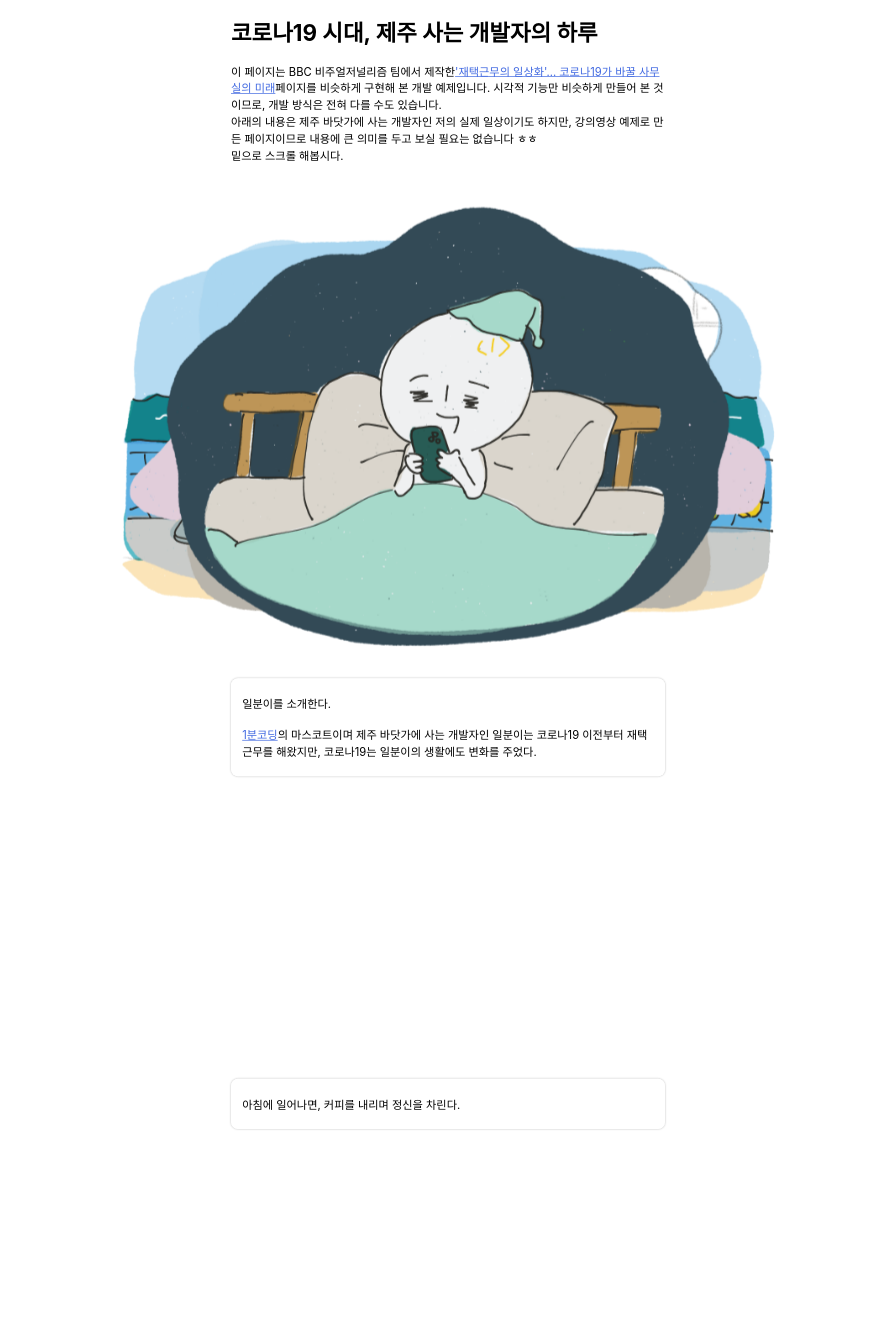
Repository: westone034626/ReactPractice
Page: /
An editor plug-in stored every save of this project. The page is shown before and after the next save, followed by the edit.
The browser window is 1280 px wide. The pictures show the part of the page from y = 0 to 1920 px (the page is 6650 px tall), at 70% of full size.
The project was rebuilt for these pictures with package versions that can differ from the ones it lists, and the page was loaded fresh each time. Also part of the build but not shown: src/App.css.

Above is the page before, as saved 2021-10-31 23:39:47.

After the next save:
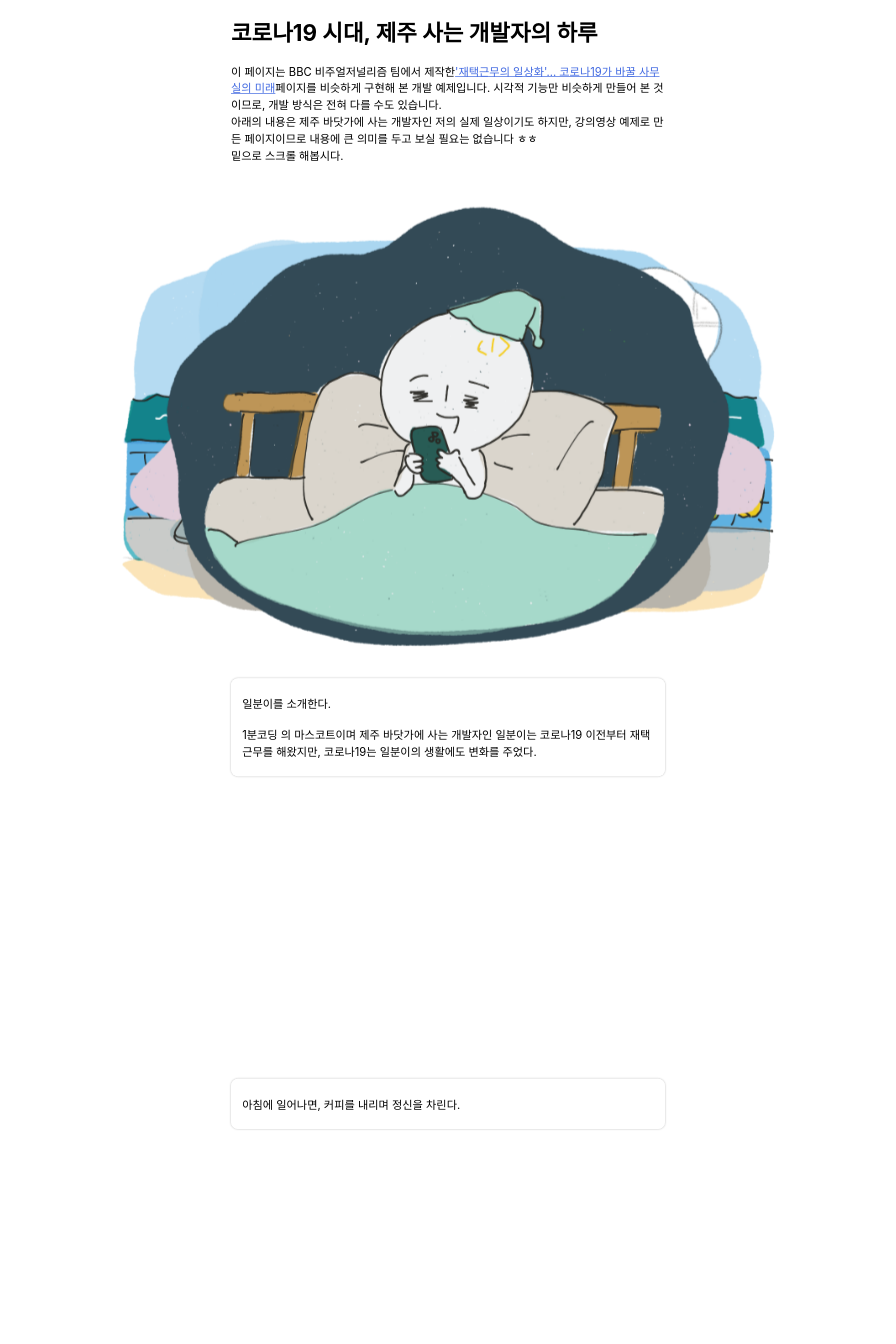
Saved 88 s later.
--- a/src/App.js
+++ b/src/App.js
@@ -67,12 +67,9 @@ function App() {
               일분이를 소개한다.
               <br />
               <br />
-              <a href="https://studiomeal.com" target="_blank">
-                1분코딩
-              </a>
-              의 마스코트이며 제주 바닷가에 사는 개발자인 일분이는 코로나19
-              이전부터 재택근무를 해왔지만, 코로나19는 일분이의 생활에도 변화를
-              주었다.
+              1분코딩 의 마스코트이며 제주 바닷가에 사는 개발자인 일분이는
+              코로나19 이전부터 재택근무를 해왔지만, 코로나19는 일분이의
+              생활에도 변화를 주었다.
             </p>
           </div>
           <div className={styles.step}>
